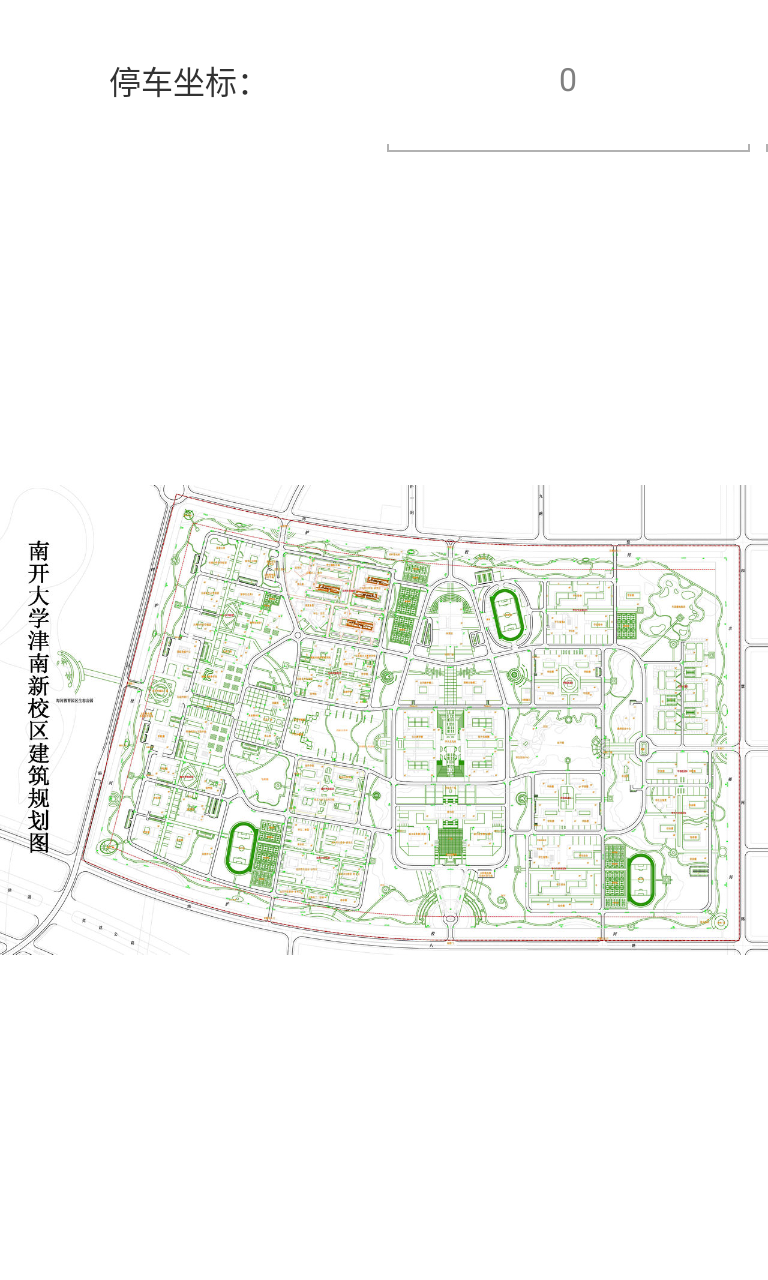
Repository: CovaWang/temporary_embedded
Layout: 7#车联·共享单车/代码/代码/res/layout/compass.xml
An editor plug-in stored every save of this project. The layout is shown before and after the next save, followed by the edit.
It is drawn on a 768 x 1280 px phone screen (xhdpi) without system bars, with theme AppTheme; the app's code is not run.

Above is the layout before, as saved 2024-04-24 11:13:15.

### 7#车联·共享单车/代码/代码/res/layout/compass.xml
<?xml version="1.0" encoding="utf-8"?>
<LinearLayout xmlns:android="http://schemas.android.com/apk/res/android"
    android:layout_width="fill_parent"
    android:layout_height="match_parent"
    android:orientation="vertical" >

    <LinearLayout
       	android:layout_width="match_parent"
       	android:layout_height="match_parent"
       	android:orientation="horizontal"
		android:layout_weight="7">
	    <TextView
			android:layout_width="match_parent"
			android:layout_height="match_parent"
			android:gravity="center"
			android:text="停车坐标："
			android:textSize="16dp"
			android:layout_weight="1" />

	    <EditText
	        android:id="@+id/compass_text1"
			android:layout_width="match_parent"
			android:layout_height="match_parent"
			android:gravity="center"
			android:hint="0"
			android:textSize="16sp"
			android:textColor="#8A2BE2"
			android:layout_weight="1" />

	    <EditText
	        android:id="@+id/compass_text2"
			android:layout_width="match_parent"
			android:layout_height="match_parent"
			android:gravity="center"
			android:hint="0"
			android:textSize="16sp"
			android:textColor="#8A2BE2"
			android:layout_weight="1" />

	    <ToggleButton
	        android:id="@+id/compass_Button"
	        android:layout_width="10dp"
			android:layout_height="2dp"
			android:gravity="center"
			android:layout_weight="1"
	        />

   </LinearLayout>

    <ImageView
        android:id="@+id/compass_img"
        android:layout_width="match_parent"
        android:layout_height="match_parent"
        android:layout_gravity="center"
        android:src="@drawable/map"
        android:layout_weight="1" />

</LinearLayout>

### 7#车联·共享单车/代码/代码/res/values/styles.xml
<resources>

    <!--
        Base application theme, dependent on API level. This theme is replaced
        by AppBaseTheme from res/values-vXX/styles.xml on newer devices.

    -->
    <style name="AppBaseTheme" parent="android:Theme.Light">
        <!--
            Theme customizations available in newer API levels can go in
            res/values-vXX/styles.xml, while customizations related to
            backward-compatibility can go here.

        -->
    </style>

    <!-- Application theme. -->
    <style name="AppTheme" parent="AppBaseTheme">
        <!-- All customizations that are NOT specific to a particular API-level can go here. -->
    </style>
    <!-- 高宽都包裹内容 -->
    <style name="wrapcontent">
        <item name="android:layout_width">wrap_content</item>
        <item name="android:layout_height">wrap_content</item>
    </style>

    <!-- 自定义对话框样式 -->
    <style name="dialog_custom" parent="android:style/Theme.Dialog">
        <item name="android:windowFrame">@null</item>
        <item name="android:windowNoTitle">true</item>
        <item name="android:background">#00000000</item>
        <item name="android:windowBackground">@android:color/transparent</item>
    </style>
    <!-- TextView 16sp样式 -->
    <style name="textview16sp" parent="wrapcontent">
        <item name="android:textSize">16sp</item>
        <item name="android:gravity">center_vertical</item>
    </style>

    <!-- TextView 14sp样式 -->
    <style name="textview12sp" parent="wrapcontent">
        <item name="android:textSize">12sp</item>
        <item name="android:gravity">center_vertical</item>
    </style>
    <!-- TextView 14sp样式 -->
    <style name="textview14sp" parent="wrapcontent">
        <item name="android:textSize">14sp</item>
        <item name="android:gravity">center_vertical</item>
    </style>

    <!-- 宽度为0dp,高度为包裹内容，权重为1 -->
    <style name="zero_widthwrapcontent">
        <item name="android:layout_width">0dp</item>
        <item name="android:layout_height">wrap_content</item>
        <item name="android:layout_weight">1</item>
    </style>

    <!-- 黄色14sp,图片间距为5dp的textview -->
    <style name="tvyellow14sp" parent="zero_widthwrapcontent">
        <item name="android:textSize">14sp</item>
        <item name="android:drawablePadding">3dp</item>
        <item name="android:gravity">center</item>
        <item name="android:textColor">@color/bright_yellow</item>
    </style>

</resources>

### 7#车联·共享单车/代码/代码/res/drawable/toggle_btn_bg_selector.xml
<?xml version="1.0" encoding="utf-8"?>
<selector xmlns:android="http://schemas.android.com/apk/res/android">

    <item android:drawable="@drawable/swtch_btn_on" android:state_checked="true"/>
    <item android:drawable="@drawable/switch_btn_off" android:state_checked="false"/>

</selector>

Loaded but not shown: 7#车联·共享单车/代码/代码/res/values-v11/styles.xml (common file); 7#车联·共享单车/代码/代码/res/values-v14/styles.xml (common file)

After the next save:
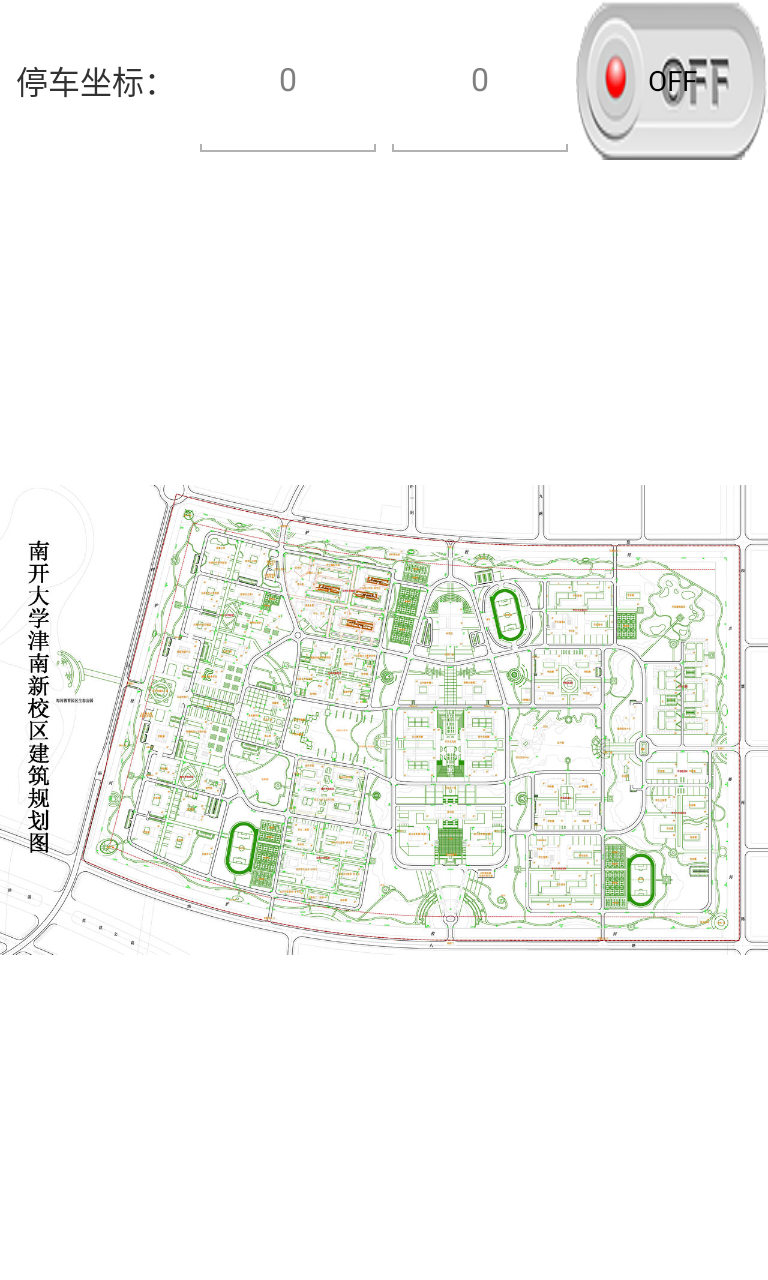
Saved 69 s later.
--- a/7#车联·共享单车/代码/代码/res/layout/compass.xml
+++ b/7#车联·共享单车/代码/代码/res/layout/compass.xml
@@ -39,11 +39,11 @@
 
 	    <ToggleButton
 	        android:id="@+id/compass_Button"
-	        android:layout_width="10dp"
-			android:layout_height="2dp"
+	        android:layout_width="match_parent"
+			android:layout_height="match_parent"
 			android:gravity="center"
-			android:layout_weight="1"
-	        />
+	        android:background="@drawable/toggle_btn_bg_selector"
+	        android:layout_weight="1"  />
 
    </LinearLayout>
 
